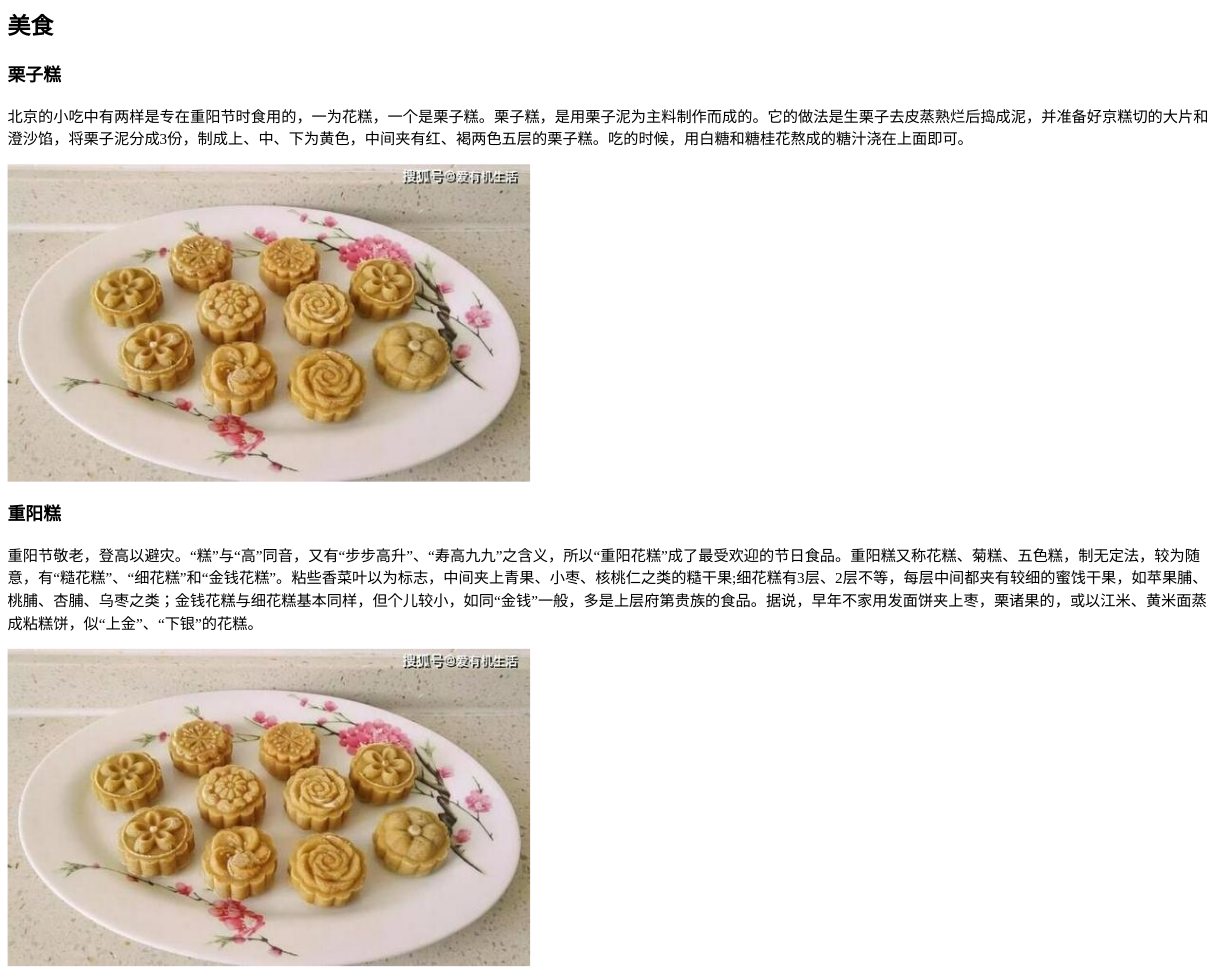
Repository: XueJie1/computer-operation-basics
Page: pages/doubleninthfes/cuisine.html
These files come from the project's save history. The page is drawn as it stood at one moment and after the next save; the edit follows.
The browser window is 1280 px wide. The pictures show the whole page, at 95% of full size.

Above is the page before, as saved 2023-09-05 14:24:24.

### pages/doubleninthfes/cuisine.html
<h2>美食</h2>
<h3>栗子糕</h3>
<p>北京的小吃中有两样是专在重阳节时食用的，一为花糕，一个是栗子糕。栗子糕，是用栗子泥为主料制作而成的。它的做法是生栗子去皮蒸熟烂后捣成泥，并准备好京糕切的大片和澄沙馅，将栗子泥分成3份，制成上、中、下为黄色，中间夹有红、褐两色五层的栗子糕。吃的时候，用白糖和糖桂花熬成的糖汁浇在上面即可。
</p>
<div class="img">
    <img src="/img/lizigao.jpg" alt="栗子糕">
</div>
<h3>重阳糕</h3>
<p>重阳节敬老，登高以避灾。“糕”与“高”同音，又有“步步高升”、“寿高九九”之含义，所以“重阳花糕”成了最受欢迎的节日食品。重阳糕又称花糕、菊糕、五色糕，制无定法，较为随意，有“糙花糕”、“细花糕”和“金钱花糕”。粘些香菜叶以为标志，中间夹上青果、小枣、核桃仁之类的糙干果;细花糕有3层、2层不等，每层中间都夹有较细的蜜饯干果，如苹果脯、桃脯、杏脯、乌枣之类；金钱花糕与细花糕基本同样，但个儿较小，如同“金钱”一般，多是上层府第贵族的食品。据说，早年不家用发面饼夹上枣，栗诸果的，或以江米、黄米面蒸成粘糕饼，似“上金”、“下银”的花糕。
</p>
<div class="img">
    <img src="/img/lizigao.jpg" alt="栗子糕">
</div>

After the next save:
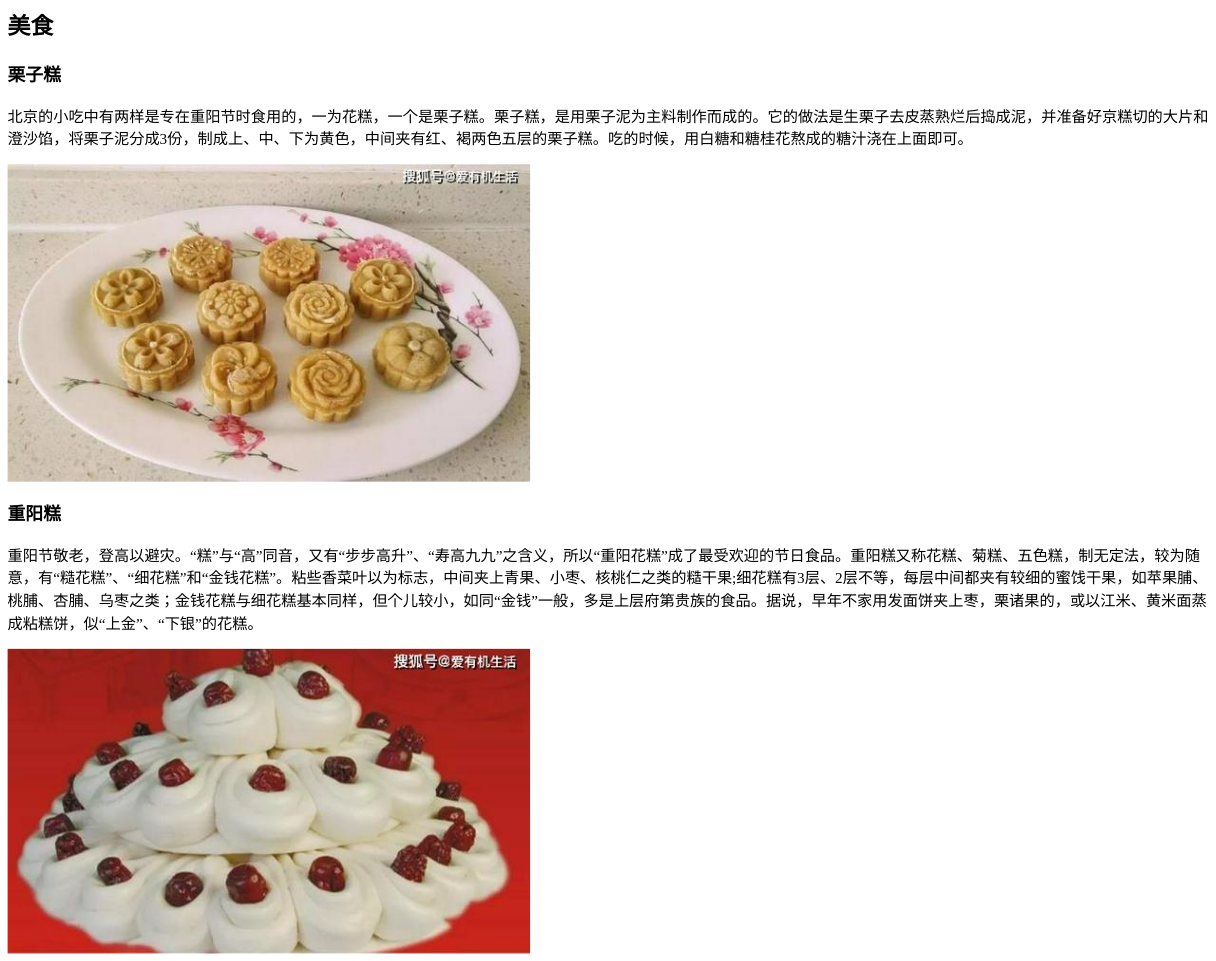
Saved 21 s later.
--- a/pages/doubleninthfes/cuisine.html
+++ b/pages/doubleninthfes/cuisine.html
@@ -9,5 +9,5 @@
 <p>重阳节敬老，登高以避灾。“糕”与“高”同音，又有“步步高升”、“寿高九九”之含义，所以“重阳花糕”成了最受欢迎的节日食品。重阳糕又称花糕、菊糕、五色糕，制无定法，较为随意，有“糙花糕”、“细花糕”和“金钱花糕”。粘些香菜叶以为标志，中间夹上青果、小枣、核桃仁之类的糙干果;细花糕有3层、2层不等，每层中间都夹有较细的蜜饯干果，如苹果脯、桃脯、杏脯、乌枣之类；金钱花糕与细花糕基本同样，但个儿较小，如同“金钱”一般，多是上层府第贵族的食品。据说，早年不家用发面饼夹上枣，栗诸果的，或以江米、黄米面蒸成粘糕饼，似“上金”、“下银”的花糕。
 </p>
 <div class="img">
-    <img src="/img/lizigao.jpg" alt="栗子糕">
+    <img src="/img/chongyanggao.jpg" alt="栗子糕">
 </div>
